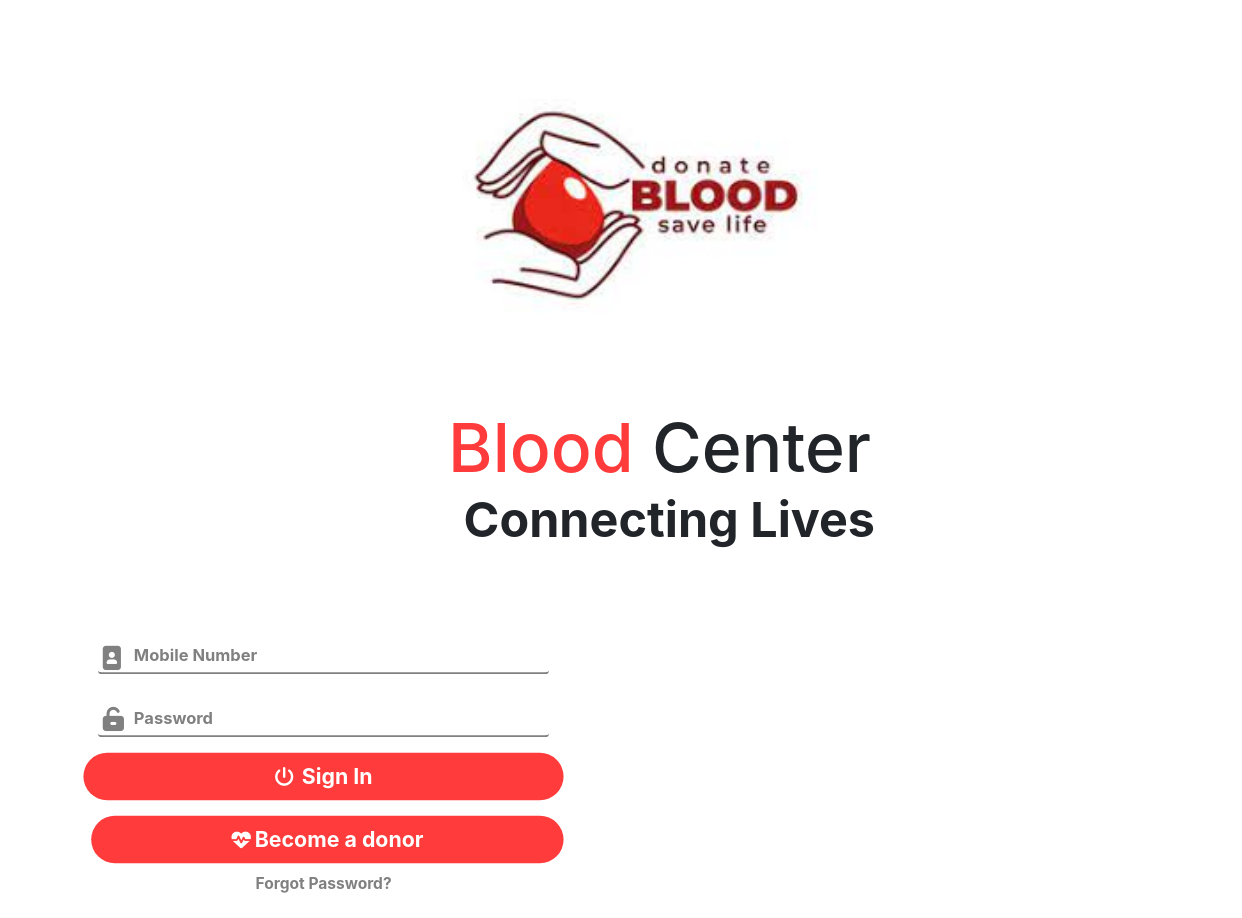
Repository: syedali042/jbds
Page: /
An editor plug-in stored every save of this project. The page is shown before and after the next save, followed by the edit.
The browser window is 1280 px wide. The pictures show the whole page, at 97% of full size.
Some web libraries are served in a nearby version. The project was rebuilt for these pictures with package versions that can differ from the ones it lists, and the page was loaded fresh each time. Also part of the build but not shown: src/components/Header.js, src/components/About.js, src/components/Register.js, src/components/Header2.js, src/components/Home.js, src/components/Header4.js, src/components/Request.js, src/components/Header3.js and 1 more.

Above is the page before, as saved 2021-11-09 20:31:47.

### public/index.html
<!DOCTYPE html>
<html lang="en">
  <head>
    <meta charset="utf-8" />
    <link rel="icon" href="%PUBLIC_URL%/favicon.ico" />
    <meta name="viewport" content="width=device-width, initial-scale=1" />
    <meta name="theme-color" content="#000000" />
    <meta
      name="description"
      content="Web site created using create-react-app"
    />
    <!--FontAwesome-->
    <script src="https://kit.fontawesome.com/f4576591a8.js" crossorigin="anonymous"></script>
    <!--FontAwesome ends-->
    <!--bootstrap-->
    <link rel="stylesheet" href="https://maxcdn.bootstrapcdn.com/bootstrap/4.0.0/css/bootstrap.min.css"
      integrity="sha384-Gn5384xqQ1aoWXA+058RXPxPg6fy4IWvTNh0E263XmFcJlSAwiGgFAW/dAiS6JXm" crossorigin="anonymous">
    <!--bootstrap ends-->
    <link rel="apple-touch-icon" href="%PUBLIC_URL%/logo192.png" />
    <!--
      manifest.json provides metadata used when your web app is installed on a
      user's mobile device or desktop. See https://developers.google.com/web/fundamentals/web-app-manifest/
    -->
    <link rel="manifest" href="%PUBLIC_URL%/manifest.json" />
    <!--
      Notice the use of %PUBLIC_URL% in the tags above.
      It will be replaced with the URL of the `public` folder during the build.
      Only files inside the `public` folder can be referenced from the HTML.

      Unlike "/favicon.ico" or "favicon.ico", "%PUBLIC_URL%/favicon.ico" will
      work correctly both with client-side routing and a non-root public URL.
      Learn how to configure a non-root public URL by running `npm run build`.
    -->
    <title>React App</title>
  </head>
  <body>
    <noscript>You need to enable JavaScript to run this app.</noscript>
    <div id="root"></div>
    <!--Jquery-->
    <script src="https://code.jquery.com/jquery-3.2.1.slim.min.js"
      integrity="sha384-KJ3o2DKtIkvYIK3UENzmM7KCkRr/rE9/Qpg6aAZGJwFDMVNA/GpGFF93hXpG5KkN" crossorigin="anonymous"></script>
    <script src="https://cdnjs.cloudflare.com/ajax/libs/popper.js/1.12.9/umd/popper.min.js"
      integrity="sha384-ApNbgh9B+Y1QKtv3Rn7W3mgPxhU9K/ScQsAP7hUibX39j7fakFPskvXusvfa0b4Q" crossorigin="anonymous"></script>
    <script src="https://maxcdn.bootstrapcdn.com/bootstrap/4.0.0/js/bootstrap.min.js"
      integrity="sha384-JZR6Spejh4U02d8jOt6vLEHfe/JQGiRRSQQxSfFWpi1MquVdAyjUar5+76PVCmYl" crossorigin="anonymous"></script>
    <!--Jquery ends-->
  </body>
</html>

### src/App.js
import './App.css';
import Login from './components/Login';
import About from './components/About';
import Register from './components/Register';
import Home from './components/Home';
import Request from './components/Request';
import Create from './components/Create';
import {
  BrowserRouter as Router,
  Switch,
  Route,
  Link
} from "react-router-dom";


function App() {
  return (
    <Router>
      <Switch>
        <Route path="/About">
          <About/>
        </Route>
        <Route path="/Login">
          <Login />
        </Route>
        <Route path="/Register">
          <Register />
        </Route>
        <Route path="/Create">
          <Create />
        </Route>
        <Route path="/Request">
          <Request />
        </Route>
        <Route path="/Home">
          <Home />
        </Route>
        <Route path="/">
          <Login />
        </Route>
      </Switch>
    </Router>
  );
}

export default App;

### src/App.css
*{
  margin: 0;
  padding: 0;
}
.con{
  font-size: 25px;
  font-weight: bold;
  position: relative;
  bottom: 35px;
  padding: 5px;
}
.em{
  border: none;
  border-bottom: 2px solid gray;
}
.pass{
  border: none;
  border-bottom: 2px solid gray;
}
.placehorder::placeholder {
  font-weight: bolder;
  color: gray;
  position: relative;
  left: 25px;
  font-size: 17px;
}
.forgot{
  color: gray;
  font-weight: bolder;
}
.login{
  color: gray;
  font-weight: bolder;
}
.fa-portrait{
  font-size: 20px;
  position: relative;
  top: 30px;
  left: 5px;
  color: gray;
}
.fa-unlock-alt{
   font-size: 20px;
  position: relative;
  top: 30px;
  left: 5px;
  color: gray;
}
.sign{
  width: 230px;
  position: relative;
  font-size: 22px;
  border-radius: 30px;
  background-color: #FF3B3B;
  color: white;
  font-weight: bolder;
  border: none;
}
.fa-power-off{
  font-size: 20px;
  position: relative;

  color: white ;
}
.donor{
  width: 230px;
  position: relative;
  font-size: 22px;
  border-radius: 30px;
  background-color: #FF3B3B;
  color: white;
  font-weight: bolder;
  border: none;
  letter-spacing: o.1;
}
.fa-heartbeat{
   font-size: 20px;
  position: relative;

  color: white ;
}
@media screen and (max-width: 440px){

  .con{
  font-size: 20px;
  font-weight: bold;
  position: relative;
  bottom: 35px;
  padding: 5px;
}
.blood{
  font-size: 27px;
}
.formik{
  position: relative;
  bottom: 50px;
}
.pass{
  border: none;
  border-bottom: 2px solid gray;

}

.donor{
  width: 210px;
  position: relative;
  font-size: 22px;
  border-radius: 30px;
  background-color: #FF3B3B;
  color: white;
  font-weight: bolder;
  border: none;
  letter-spacing: o.1;
}
.sign{
  width: 210px;
  position: relative;
  font-size: 22px;
  border-radius: 30px;
  background-color: #FF3B3B;
  color: white;
  font-weight: bolder;
  border: none;
}

}
@media screen and (min-width: 768px){


  .img{
  position: relative;
  width: 400px;
  left: 40px;
}
  .con{
  font-size: 50px;
  font-weight: bold;
  position: relative;
  bottom: 35px;
  padding: 5px;
  left: 50px;
}
.blood{
  font-size: 70px;
  position: relative;
  left: 40px;
}

.name{
  border: none;
  border-bottom: 2px solid gray;
   margin-top: 10px;
  height: 70px;
}


.adress{
    border: none;
  border-bottom: 2px solid gray;
   margin-top: 10px;
  height: 70px;
}
input::placeholder {
  font-weight: bolder;
  color: gray;
  position: relative;
  left: 45px;
  font-size: 30px;
}
.fa-portrait{
  font-size: 25px;
  position: relative;
  top: 37px;
  left: 5px;
  color: gray;
}
.fa-unlock-alt{
   font-size: 25px;
  position: relative;
  top: 35px;
  left: 5px;
  color: gray;
}
.fa-mobile-alt{
    font-size: 30px;
  position: relative;
  top: 55px;
  left: 5px;
  color: gray;
}
.fa-map-marker-alt{
   font-size: 30px;
  position: relative;
  top: 55px;
  left: 5px;
  color: gray;
}
.fa-disease{
 font-size: 30px;
  position: relative;
  top: 55px;
  left: 5px;
  color: gray;
}

.sign{
  width: 300px;
  position: relative;
  font-size: 22px;
  border-radius: 30px;
  background-color: #FF3B3B;
  color: white;
  font-weight: bolder;
  border: none;
}

.donor{
  width: 300px;
  position: relative;

  font-size: 22px;
  border-radius: 30px;
  background-color: #FF3B3B;
  color: white;
  font-weight: bolder;
  border: none;
  letter-spacing: o.1;
}

}
.header{
  background-color: #FF3B3B;
  padding: 3px;
}
.fa-chevron-left{
  color: white;
}
.profile{
  color: white;

}
.kelly{
  font-size: 23px;
  font-weight: bolder;
}
.girl{
  width: 70px;
  border-radius: 50px;
  margin-left: 50px;
  position: relative;
  bottom: 10px;
}
.r1{
  margin-top: 40px;
}

.name{
  border: none;
  border-bottom: 2px solid gray;
}
.num{
   border: none;
  border-bottom: 2px solid gray;
}
.adress{
    border: none;
  border-bottom: 2px solid gray;
}
.r2{
  background-color: rgb(247, 238, 238);
  border-radius: 15px;
  border: 1px solid transparent;
}
.update{

  position: relative;
  font-size: 22px;
  border-radius: 30px;
  background-color: #FF3B3B;
  color: white;
  font-weight: bolder;
  border: none;
}
.fa-mobile-alt{
   font-size: 20px;
  position: relative;
  top: 30px;
  left: 5px;
  color: gray;
}
.bloodGroup{
   border: none;
  border-bottom: 2px solid gray;
}
.fa-disease{
  font-size: 20px;
  position: relative;
  top: 30px;
  left: 5px;
  color: gray;
}
.city{
  border: none;
  border-bottom: 2px solid gray;
}
.fa-map-marker-alt{
  font-size: 20px;
  position: relative;
  top: 30px;
  left: 5px;
  color: gray;
}
.fa-arrow-right{
   font-size: 30px;
  position: relative;
 top: 5px;
  color:white;
}
.bodyOfHeader2{
   background-color: #FF3B3B;
   color: white;
}
.fa-search{
  position: relative;
  left: 90%;
  bottom: 30px;
  color: gray;
  font-size: 25px;
}
.groups{
 display: flex;
 margin-left: 5px;
}
.groups >div {
  background-color: #FF3B3B;
  width: 30px;
  margin: 7px;
  text-align: center;
  font-size: 20px;
  color: white;
  border-radius: 5px;
}
.HomeRow{
  border-bottom: 1px solid gray;
}
.sidebar{
  width: 60%;
  height: 100vh;
  position: absolute;
  background-color: #FF3B3B ;
  z-index: 1;
}
.create{
  color: white;
  margin-right: 30px;
}
.conReq{
  margin-top: 20px;
  background-color: rgb(216, 220, 230);
  border-radius: 5px;
}

### src/components/Login.js
import React from 'react';
import {Formik} from 'formik';


function Login() {
    return (

            <div className="container">
                <div className="d-flex align-items-center justify-content-center">
                    <div>
                        <img src="./images/download.jfif" alt="there is no image" className="img"/>
                        <h2 className="blood text-center"><span style={{color:'#FF3B3B'}}>Blood</span> Center</h2><br>
                        </br>
                        <h5 className="con text-center">Connecting Lives</h5>
                    </div>
                </div>
                <div className="container">
                    <div className="row p-3">
                        <div>
                            <Formik
                                initialValues={{ email: '', password: '' }}
                                validate={values => {
                                    const errors = {};
                                    if (!values.email) {
                                        errors.email = 'Required';
                                    } else if (
                                        !/^[A-Z0-9._%+-]+@[A-Z0-9.-]+\.[A-Z]{2,}$/i.test(values.email)
                                    ) {
                                        errors.email = 'Invalid email address';
                                    }
                                    return errors;
                                }}
                                onSubmit={(values, { setSubmitting }) => {
                                    setTimeout(() => {
                                        alert(JSON.stringify(values, null, 2));
                                        setSubmitting(false);
                                    }, 400);
                                }}
                            >
                                {({
                                    values,
                                    errors,
                                    touched,
                                    handleChange,
                                    handleBlur,
                                    handleSubmit,
                                    isSubmitting,
                                    /* and other goodies */
                                }) => (
                                <form onSubmit={handleSubmit} className="formik">
                                    <i className="fas fa-portrait"></i>
                                        <input
                                        type="email" className="placehorder form-control em"
                                            name="email"
                                            onChange={handleChange}
                                            onBlur={handleBlur}
                                            value={values.email}
                                            placeholder="Mobile Number"

                                        />

                                        {errors.email && touched.email && errors.email}
                                    <i className="fas fa-unlock-alt"></i>
                                        <input
                                        type="password" className="placehorder form-control pass"
                                            name="password"
                                            onChange={handleChange}
                                            onBlur={handleBlur}
                                            value={values.password}
                                            placeholder="Password"
                                        />

                                        {errors.password && touched.password && errors.password}
                                    <div className="row d-flex align-items-center justify-content-center">
                                        <button type="submit" disabled={isSubmitting} className="sign p-2 mt-3 w-100">
                                            <i className="fas fa-power-off mr-2 "></i>Sign In
                                        </button>
                                        <button className="donor p-2 mt-3 ml-2 w-100">
                                            <i className="fas fa-heartbeat mr-1 "></i>Become a donor
                                        </button>
                                        <a href="#" className="forgot p-2">Forgot Password?</a>
                                    </div>

                                    </form>
                                )}
                            </Formik>
                        </div>
                    </div>
                </div>
        </div>
    )
}

export default Login

Loaded but not shown: src/index.js (common file); src/index.css (common file); src/reportWebVitals.js (common file)

After the next save:
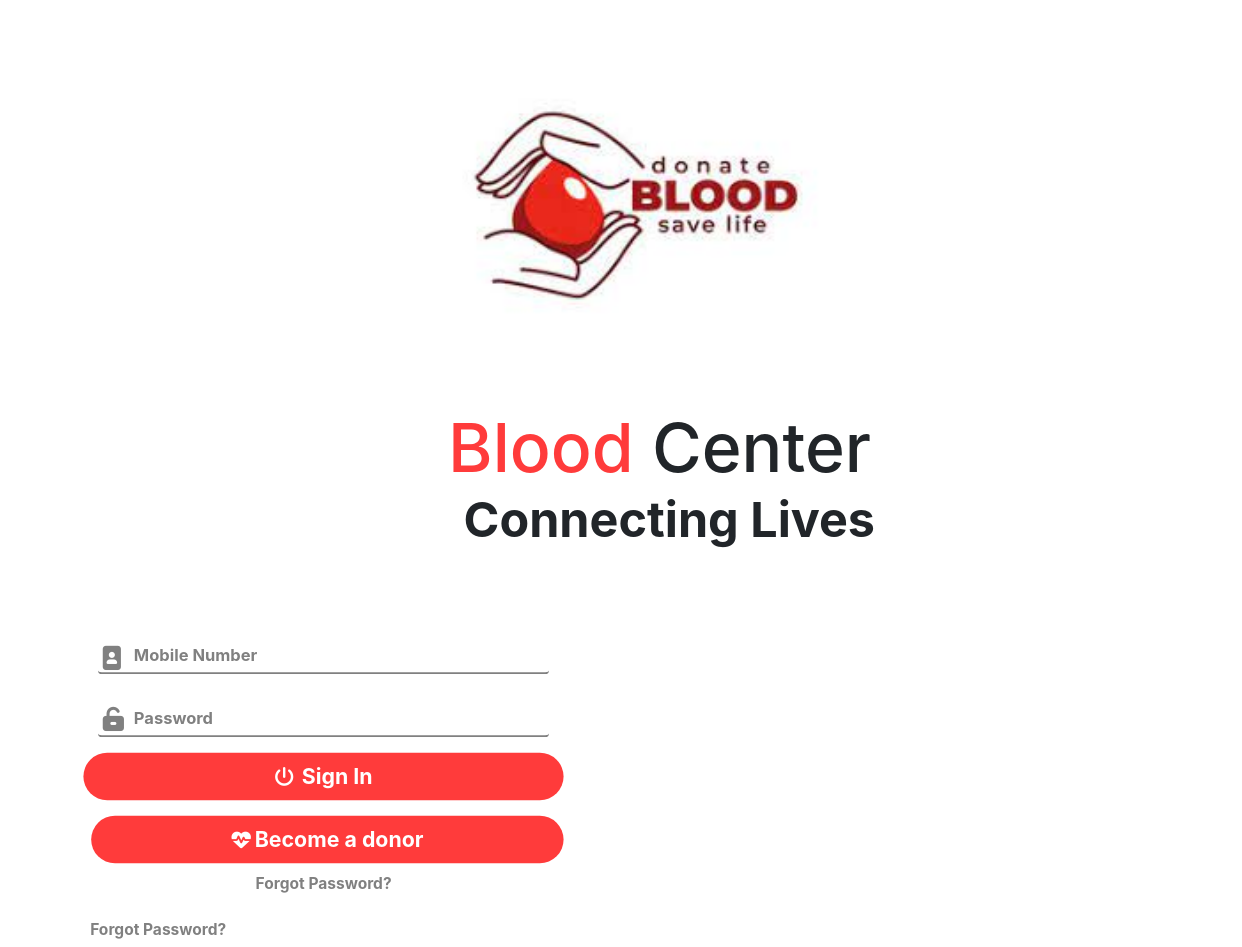
Saved 68 s later.
--- a/src/components/Login.js
+++ b/src/components/Login.js
@@ -79,6 +79,7 @@ function Login() {
                                             <i className="fas fa-heartbeat mr-1 "></i>Become a donor
                                         </button>
                                         <a href="#" className="forgot p-2">Forgot Password?</a>
+
                                     </div>
 
                                     </form>
@@ -87,7 +88,10 @@ function Login() {
                         </div>
                     </div>
                 </div>
-        </div>
+                <div>
+                    <a href="#" className="forgot p-2">Forgot Password?</a>
+                </div>
+            </div>
     )
 }
 
